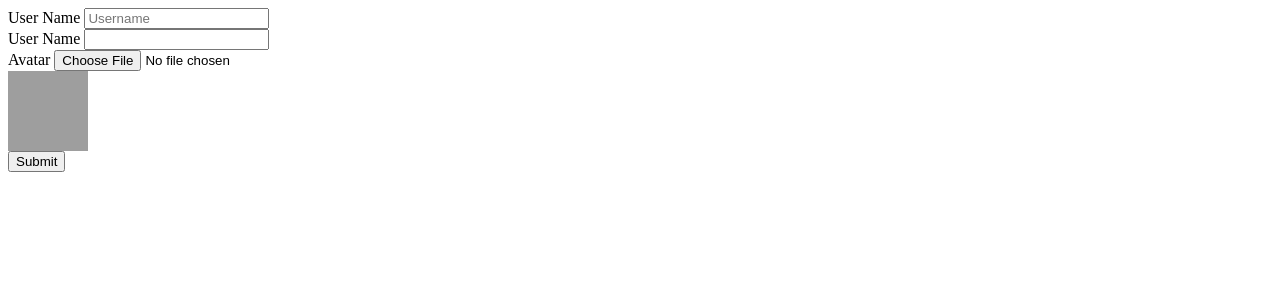
Repository: AnnPTit/Java04_jsp_servelet
Page: http://localhost/Asm/Layout/profile.jsp
The author's editor kept a copy of each file at every save. The page is drawn from the files as they stood at one save, then again after the next save.
The browser window is 1280 px wide. The pictures show the whole page.
Pictures or frames that could not be fetched are drawn as grey boxes. The page is served by Tomcat 9.

Above is the page before, as saved 2023-04-08 07:59:57.

After the next save:
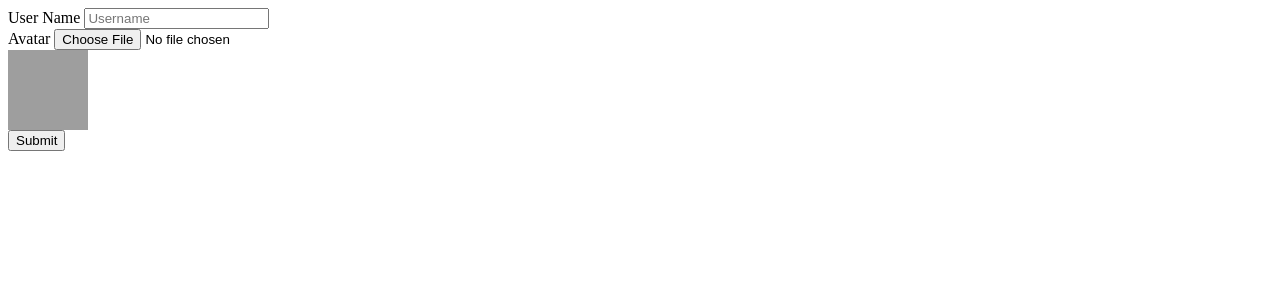
Saved 5 s later.
--- a/Asm/src/main/webapp/Layout/profile.jsp
+++ b/Asm/src/main/webapp/Layout/profile.jsp
@@ -11,10 +11,7 @@
 		</div>
 
 
-		<div>
-			<label>User Name</label> <input name="fullName"
-				value="${userLogged.username}">
-		</div>
+
 
 		<div>
 			<label>Avatar</label> <input type="file" name="avatar">
